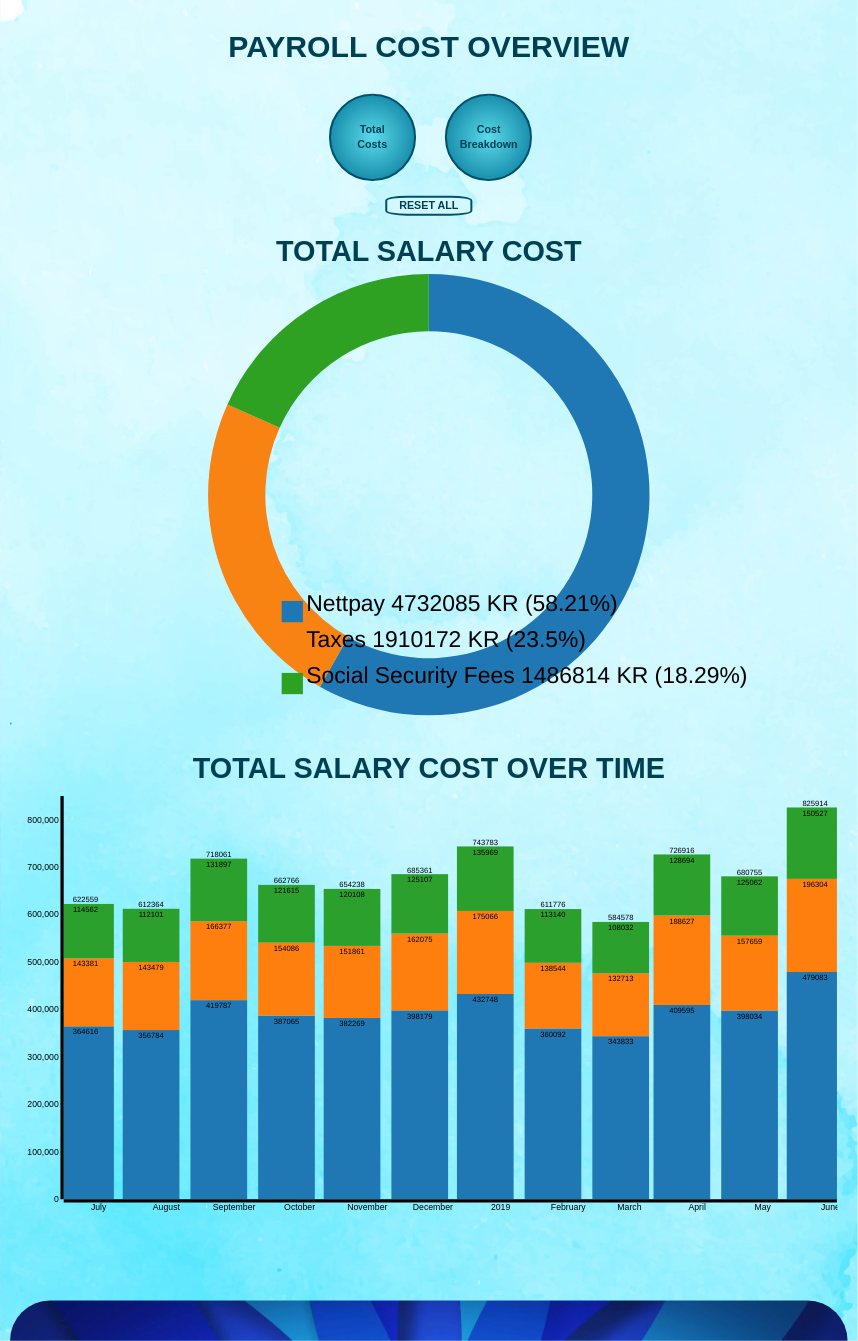
Repository: Code-Institute-Submissions/danfiliphoff-Milestoneproject-2
Page: total_cost.html
The author's editor kept a record of every edit. The page is drawn from the files as they stood at one moment, then again after the next edit.
The browser window is 1280 px wide. The pictures show the whole page, at 67% of full size.

Above is the page before.

After the next edit:
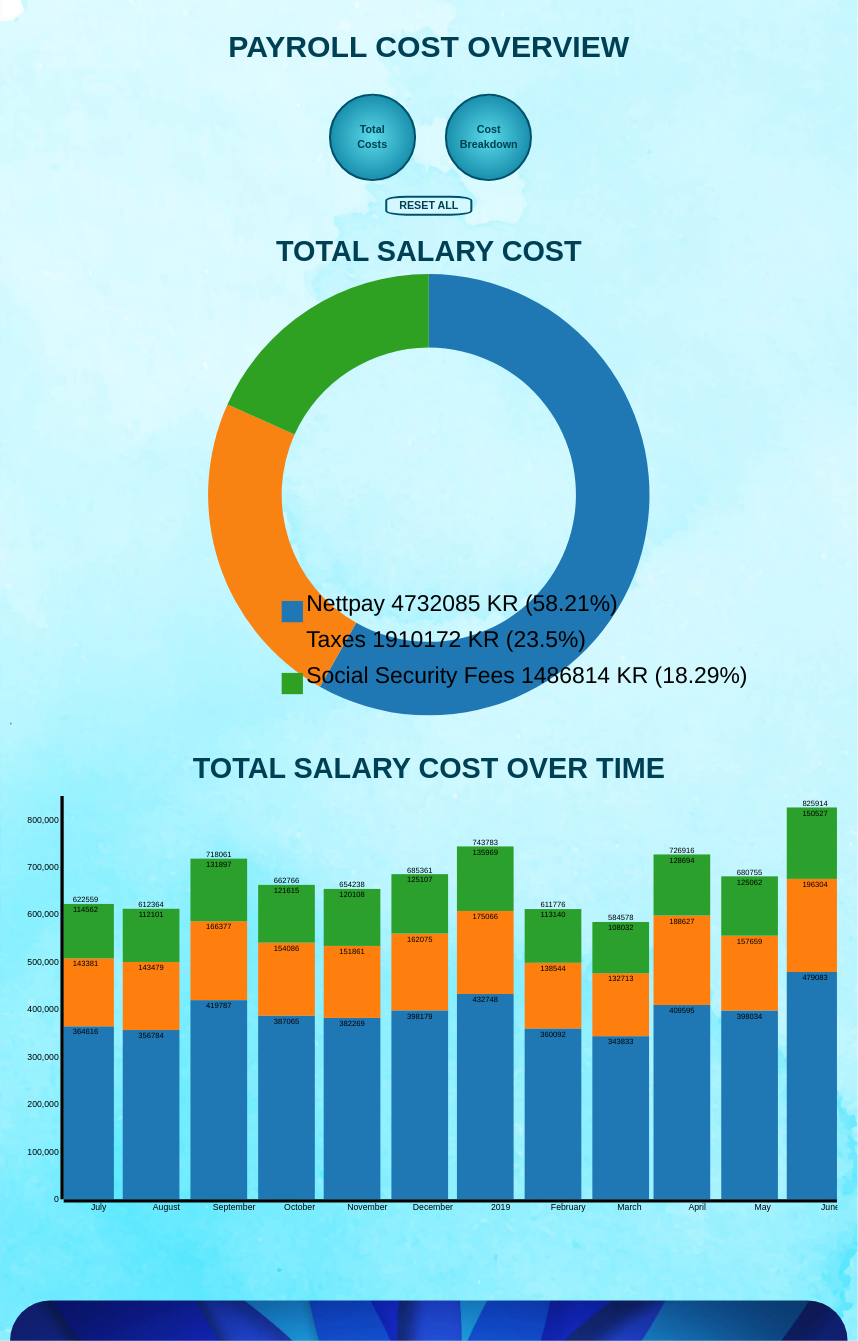
The edit:
--- a/static/js/total_cost.js
+++ b/static/js/total_cost.js
@@ -97,7 +97,7 @@
         .width(500)
         .radius(200)
         .useViewBoxResizing(true)
-        .innerRadius(100)
+        .innerRadius(90)
         .transitionDuration(1500)
         .dimension(type_dim)
         .group(total_cost_pie_chart)
